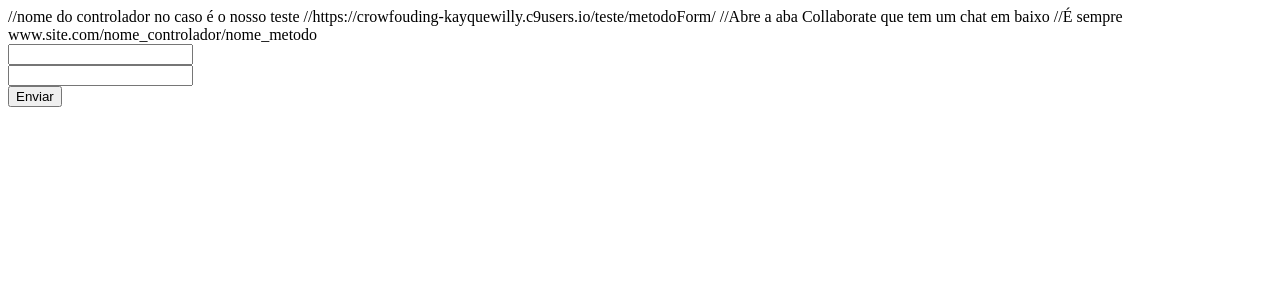
Repository: kayque-willy/COM212-crowdfunding
Page: http://localhost/database/application/views/form.php
The author's editor kept a record of every edit. The page is drawn from the files as they stood at one moment, then again after the next edit.
The browser window is 1280 px wide. The pictures show the whole page.
The page is run by PHP 8.4 with error messages shown; the project is at /var/www/html/.

Above is the page before.

### application/views/form.php
<html>
    <head>
    </head>
    <body>
        //nome do controlador no caso é o nosso teste
        //https://crowfouding-kayquewilly.c9users.io/teste/metodoForm/

        //Abre a aba Collaborate que tem um chat em baixo

        //É sempre www.site.com/nome_controlador/nome_metodo


        <form action="/teste/metodoForm/" method="POST">
            <input type="number" name="codigo"/><br>
            <input type="text" name="nome"/><br>
            <button type="submit" value="Submit">Enviar</button>
        </form>
    </body>
</html>

After the next edit:
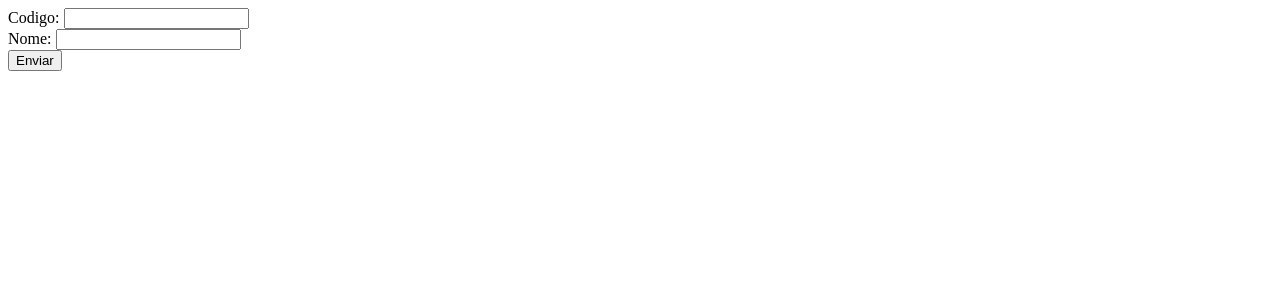
The edit:
--- a/application/views/form.php
+++ b/application/views/form.php
@@ -2,17 +2,9 @@
     <head>
     </head>
     <body>
-        //nome do controlador no caso é o nosso teste
-        //https://crowfouding-kayquewilly.c9users.io/teste/metodoForm/
-
-        //Abre a aba Collaborate que tem um chat em baixo
-
-        //É sempre www.site.com/nome_controlador/nome_metodo
-
-
         <form action="/teste/metodoForm/" method="POST">
-            <input type="number" name="codigo"/><br>
-            <input type="text" name="nome"/><br>
+            Codigo: <input type="number" name="codigo"/><br>
+            Nome: <input type="text" name="nome"/><br>
             <button type="submit" value="Submit">Enviar</button>
         </form>
     </body>
